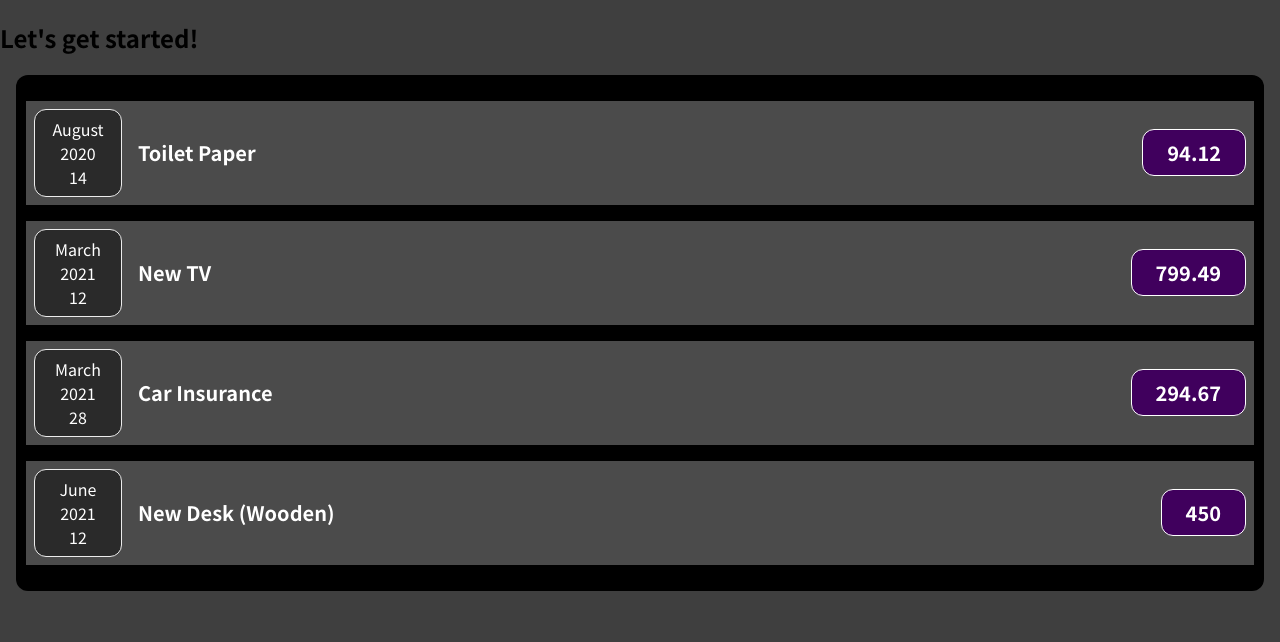
Repository: kowalkos/react-course-first
Page: /
The author's editor kept a copy of each file at every save. The page is drawn from the files as they stood at one save, then again after the next save.
The browser window is 1280 px wide. The pictures show the whole page.
The project was rebuilt for these pictures with package versions that can differ from the ones it lists, and the page was loaded fresh each time.

Above is the page before, as saved 2021-11-27 18:03:41.

### src/App.js
import Expenses from "./components/Expenses";
function App() {
  const expenses = [
    {
      id: "e1",
      title: "Toilet Paper",
      amount: 94.12,
      date: new Date(2020, 7, 14),
    },
    { id: "e2", title: "New TV", amount: 799.49, date: new Date(2021, 2, 12) },
    {
      id: "e3",
      title: "Car Insurance",
      amount: 294.67,
      date: new Date(2021, 2, 28),
    },
    {
      id: "e4",
      title: "New Desk (Wooden)",
      amount: 450,
      date: new Date(2021, 5, 12),
    },
  ];
  return (
    <div>
      <h2>Let's get started!</h2>
      <Expenses data={expenses} />
    </div>
  );
}

export default App;

### src/components/Expenses.js
import ExpenseItem from "./ExpenseItem";
import "./Expenses.css";
function Expenses(props) {
  return (
    <div className="expenses">
      {props.data.map((item) => (
        <ExpenseItem title={item.title} date={item.date} amount={item.amount} />
      ))}
    </div>
  );
}
export default Expenses;

### src/components/ExpenseItem.js
import "./ExpenseItem.css";
import ExpenseDate from "./ExpenseDate";
function ExpenseItem(props) {
  return (
    <div className="expense-item">
      <ExpenseDate date={props.date}/>
      <div className="expense-item__description">
        <h2>{props.title}</h2>
        <div className="expense-item__price">{props.amount}</div>
      </div>
    </div>
  );
}
export default ExpenseItem;

### src/components/Expenses.css
.expenses{
    background-color: black;
    padding: 10px;
    border-radius: 12px;
    margin: 1rem 1rem;
}

### src/components/Expenses/ExpenseItem.css
.expense-item {
    display: flex;
    justify-content: space-between;
    align-items: center;
    padding: 0.5rem;
    margin: 1rem 0;
    background-color: #4b4b4b;
  }

  .expense-item__description {
    display: flex;
    flex-direction: column;
    gap: 1rem;
    align-items: flex-end;
    flex-flow: column-reverse;
    justify-content: flex-start;
    flex: 1;
  }

  .expense-item h2 {
    color: #3a3a3a;
    font-size: 1rem;
    flex: 1;
    margin: 0 1rem;
    color: white;
  }

  .expense-item__price {
    font-size: 1rem;
    font-weight: bold;
    color: white;
    background-color: #40005d;
    border: 1px solid white;
    padding: 0.5rem;
    border-radius: 12px;
  }

  @media (min-width: 580px) {
    .expense-item__description {
      flex-direction: row;
      align-items: center;
      justify-content: flex-start;
      flex: 1;
    }

    .expense-item__description h2 {
      font-size: 1.25rem;
    }

    .expense-item__price {
      font-size: 1.25rem;
      padding: 0.5rem 1.5rem;
    }
  }

### src/components/ExpenseDate.js
import './ExpenseDate.css';
function ExpenseDate(props) {
  const month = props.date.toLocaleString("en-US", { month: "long" });
  const day = props.date.toLocaleString("en-US", { day: "2-digit" });
  const year = props.date.getFullYear();
  return (
    <div className="expense-date">
      <div className="expense-date-month">{month}</div>
      <div className="expense-date-year">{year}</div>
      <div className="expense-date-day">{day}</div>
    </div>
  );
}
export default ExpenseDate;

Loaded but not shown: public/index.html (common file); src/index.js (common file); src/index.css (common file); src/reportWebVitals.js (common file); src/components/ExpenseDate.css (common file)

After the next save:
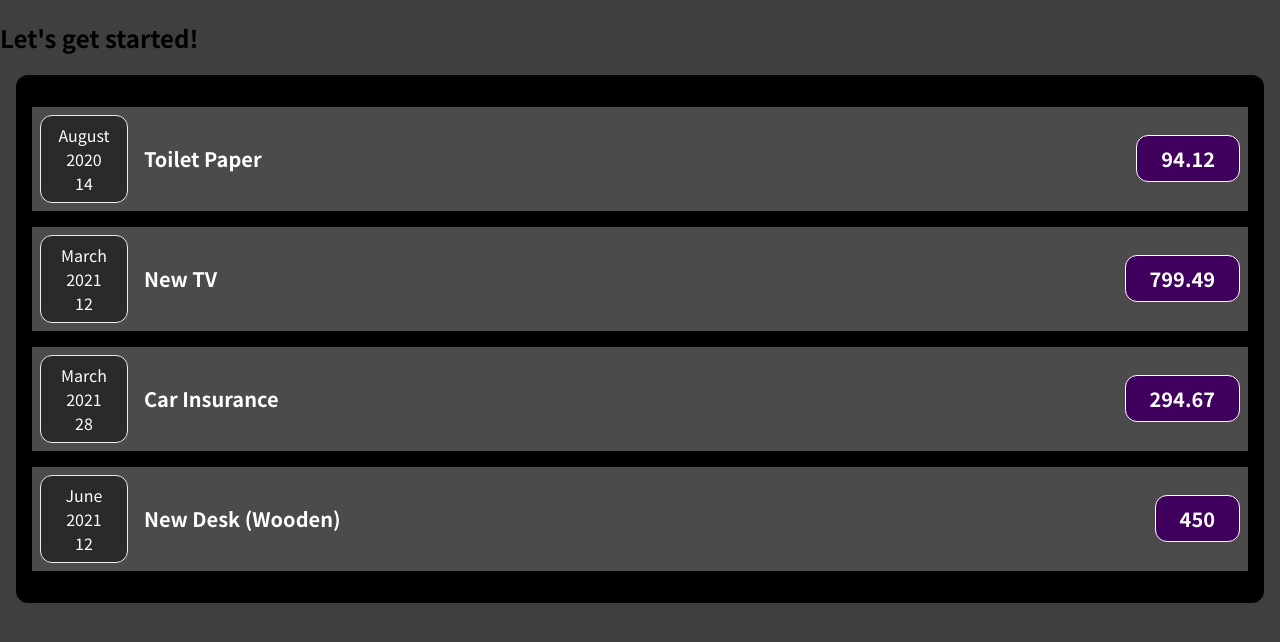
Saved 14 s later.
--- a/src/components/Expenses.css
+++ b/src/components/Expenses.css
@@ -1,6 +1,6 @@
 .expenses{
     background-color: black;
-    padding: 10px;
+    padding: 1rem;
     border-radius: 12px;
     margin: 1rem 1rem;
 }
